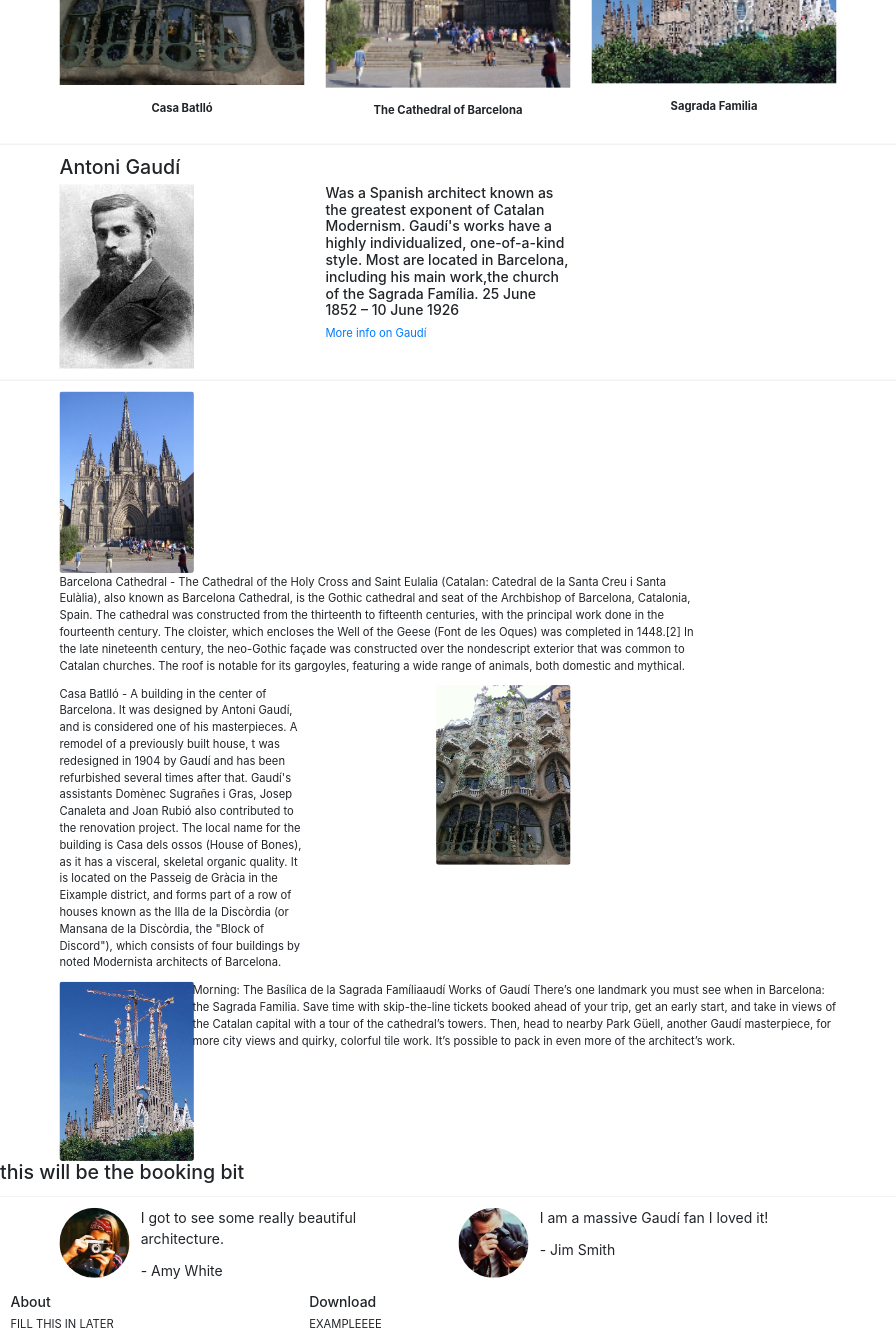
Repository: Taitdanielle/Milestone1
Page: index.html
The author's editor kept a record of every edit. The page is drawn from the files as they stood at one moment, then again after the next edit.
The browser window is 1280 px wide. The pictures show the part of the page from y = 758 to 2678 px (the page is 2678 px tall before and 2518 px after), at 70% of full size.

Above is the page before.

### index.html
<!DOCTYPE html>
<html lang="en">

<head>
    <title>Gaudí in a day!</title>
    <meta charset="UTF-8">
    <meta name="viewport" content="width=device-width, initial-scale=1.0">
    <meta http-equiv="X-UA-Compatible" content="ie=edge">
    <link href="https://fonts.googleapis.com/css?family=Lato&display=swap" rel="stylesheet">
    <link rel="stylesheet" href="https://stackpath.bootstrapcdn.com/bootstrap/4.3.1/css/bootstrap.min.css" integrity="sha384-ggOyR0iXCbMQv3Xipma34MD+dH/1fQ784/j6cY/iJTQUOhcWr7x9JvoRxT2MZw1T" crossorigin="anonymous">
    <link rel="stylesheet" href="css/style.css" type="text/css" />
</head>

<body>

    <!-- nav -->

    <nav class="navbar navbar-expand-lg navbar-light bg-light">
        <a class="navbar-brand">Gaudí in a Day</a>
        <button class="navbar-toggler" type="button" data-toggle="collapse" data-target="#navbarNavDropdown" aria-controls="navbarNavDropdown" aria-expanded="false" aria-label="Toggle navigation">
    <span class="navbar-toggler-icon"></span>
  </button>
        <div class="collapse navbar-collapse" id="navbarNavDropdown">
            <ul class="navbar-nav">
                <li class="nav-item active">
                    <a class="nav-link" href="#">Home <span class="sr-only">(current)</span></a>
                </li>
                <li class="nav-item">
                    <a class="nav-link" href="#about">About</a>
                </li>
                <li class="nav-item">
                    <a class="nav-link" href="#review">Reviews</a>
                </li>
                </li>
            </ul>
        </div>
    </nav>
    <!-- nav -->

    <div class="container">
        <h1>Gaudí in a Day</h1>
        <h3>There are landmark's you must see when in Barcelona and for Gaudí fans this is the right place to be!</h3>
    </div>

    <hr class="block-divider block-divider--short">

    <div class="container text-center">
        <h2> How to do Gaudí in a day?</h2>
        <p> For Gaudí fans this is the right place to be Save time with skip-the-line tickets booked ahead of your trip, get an early start, and take in views Catalan capital with a tour of the cathedral’s towers. Then, head to nearby Park Güell, another
            Gaudí masterpiece, for more city views and quirky, colorful tile work. It’s possible to pack in even more of the architect’s work with a Gaudí-themed tour that includes entrance to both Sagrada Familia and Park Güell, plus a walk down Passeig
            de Gracia to see Casa Batlló and La Pedrera from the outside. Have a look of some of the famous buildings below! </p>
    </div>
    <hr class="block-divider block-divider--short">
    <!-- image cards -->

    <div class="container">
        <div class="row">
            <div class="col-md-4">
                <div class="card-class">
                    <a href="#card1">
                    <img src="images/gaudi2.jpg" class="card-img-top" alt="Casa Battlo Building"></a>
                    <div class="card-body">
                        <p class="card-text text-center"> <b>Casa Batlló</b></p>
                    </div>
                </div>
            </div>

            <div class="col-md-4">
                <div class="card-class">
                    <a href="#card2">
                    <img src="images/Sta-eulalia.jpg" class="card-img-top" alt="The Cathedral of Barcelona"></a>
                    <div class="card-body">
                        <p class="card-text text-center"> <b>The Cathedral of Barcelona</b></p>
                    </div>
                </div>
            </div>

            <div class="col-md-4">
                <div class="card-class">
                    <a href="#card3">
                    <img src="images/sagrada-familia.jpg" class="card-img-top" alt="sagrada familia"></a>
                    <div class="card-body">
                        <p class="card-text text-center"><b>Sagrada Familia</b>
                        </p>
                    </div>
                </div>
            </div>
        </div>
    </div>
    <!-- Gaudi info -->
    <hr class="block-divider block-divider--short">
    <div class="container">
        <div class="row">
            <div class="col-md-12 title-heading-conatainer">
                <h3>Antoni Gaudí </h3>
            </div>
            <div class="col-md-4" id="about">
                <img src="images/gaudi.jpg">
            </div>
            <div class="col-md-4" "text-center">
                <h5>Was a Spanish architect known as the greatest exponent of Catalan Modernism. Gaudí's works have a highly individualized, one-of-a-kind style. Most are located in Barcelona, including his main work,the church of the Sagrada Família. 25
                    June 1852 – 10 June 1926 </h5>
                <a href="https://en.wikipedia.org/wiki/Antoni_Gaud%C3%AD" target="_blank">More info on Gaudí</a>
            </div>
        </div>
    </div>
    <hr class="block-divider block-divider--short">
    <!-- Gaudi info End -->

    <!-- image info -->

    <div class="container">
        <div class="row">
            <div class="col-md-4">
                <img src="images/Sta-eulalia.jpg" class="rounded float-left" alt="barrigotic building"></a>
            </div>
            <div class="col-md-10" id="card2">
                <p class="par-padding-left">Barcelona Cathedral - The Cathedral of the Holy Cross and Saint Eulalia (Catalan: Catedral de la Santa Creu i Santa Eulàlia), also known as Barcelona Cathedral, is the Gothic cathedral and seat of the Archbishop of Barcelona, Catalonia,
                    Spain. The cathedral was constructed from the thirteenth to fifteenth centuries, with the principal work done in the fourteenth century. The cloister, which encloses the Well of the Geese (Font de les Oques) was completed in 1448.[2]
                    In the late nineteenth century, the neo-Gothic façade was constructed over the nondescript exterior that was common to Catalan churches. The roof is notable for its gargoyles, featuring a wide range of animals, both domestic and mythical.
                </p>
            </div>
        </div>
    </div>

    <div class="container">
        <div class="row">
            <div class="col-md-4">
                <p class="par-padding-right" id="card1"> Casa Batlló - A building in the center of Barcelona. It was designed by Antoni Gaudí, and is considered one of his masterpieces. A remodel of a previously built house, t was redesigned in 1904 by Gaudí and has been refurbished several
                    times after that. Gaudí's assistants Domènec Sugrañes i Gras, Josep Canaleta and Joan Rubió also contributed to the renovation project. The local name for the building is Casa dels ossos (House of Bones), as it has a visceral, skeletal
                    organic quality. It is located on the Passeig de Gràcia in the Eixample district, and forms part of a row of houses known as the Illa de la Discòrdia (or Mansana de la Discòrdia, the "Block of Discord"), which consists of four buildings
                    by noted Modernista architects of Barcelona.</p>
            </div>
            <div class="col-md-4">
                <img src="images/gaudi2.jpg" class="rounded float-right" alt="Building">
            </div>
        </div>
    </div>

    <div class="container">
        <div class="row">
            <div class="col-md-2" id="card3">
                <img src="images/sagrada-familia.jpg" class="rounded float-left" alt=building>
            </div>
            <div class="col-md-10">
                <p class="par-padding-left">Morning: The Basílica de la Sagrada Famíliaaudí Works of Gaudí There’s one landmark you must see when in Barcelona: the Sagrada Familia. Save time with skip-the-line tickets booked ahead of your trip, get an early start, and take in views
                    of the Catalan capital with a tour of the cathedral’s towers. Then, head to nearby Park Güell, another Gaudí masterpiece, for more city views and quirky, colorful tile work. It’s possible to pack in even more of the architect’s work.</p>
            </div>
        </div>
    </div>


    <h3> this will be the booking bit</h3>
    <!-- Reviews -->

    </section>
    </div>
    </div>
    <!-- /.callout -->
    </div>
    <hr class="block-divider block-divider--short">
    <!-- Quotes -->
    <div class="container-wrapper">
        <div class="container quotes-container content-container">
            <section class="quotes">
                <div class="row">
                    <div class="col-12 page-header">
                    </div>
                </div>
                <div class="row">
                    <div class="col-12 col-md-6" id="review">
                        <div class="media">
                            <div class="d-none d-sm-block">
                                <img src="images/girl.jpg" class="rounded-circle mr-3" height=100 width=100>
                            </div>
                            <div class="media-body">
                                <blockquote class="blockquote">
                                    <p>I got to see some really beautiful architecture.</p>
                                    <p>- Amy White</p>
                                </blockquote>
                            </div>
                        </div>
                    </div>
                    <div class="col-12 col-md-6" id="review">
                        <div class="media">
                            <div class="d-none d-sm-block">
                                <img src="images/man.jpg" class="rounded-circle mr-3" height=100 width=100>
                            </div>
                            <div class="media-body">
                                <blockquote class="blockquote">
                                    <p>I am a massive Gaudí fan I loved it!</p>
                                    <p>- Jim Smith</p>
                                </blockquote>
                            </div>
                        </div>
                    </div>
                </div>
        </div>
    </div>
    </section>

    <!-- Reviews end -->

    <!-- footer -->

    <footer class="container-fluid">
        <div id="footer-details" class="row">
            <div class="col-sm-4">
                <h5 class="uppercase general-sub">About</h5>
                <p class="inline-block">
                    FILL THIS IN LATER
                </p>
            </div>
            <div class="col-sm-4">
                <h5 class="uppercase general-sub">Download</h5>
                <p class="inline-block">
                    EXAMPLEEEE
                    <a href="assets/cv/sample-cv.pdf" target="_blank" class="cv-pdf">
                        <i class="fa fa-download" aria-hidden="true"></i>
                        <span class="sr-only">Download link.</span>
                    </a>
                </p>
            </div>
            </a>
            </li>
            </ul>
        </div>
        </div>
    </footer>
</body>

</html>

### css/style.css
container {
    background-color: #FBEAFF;
}

After the next edit:
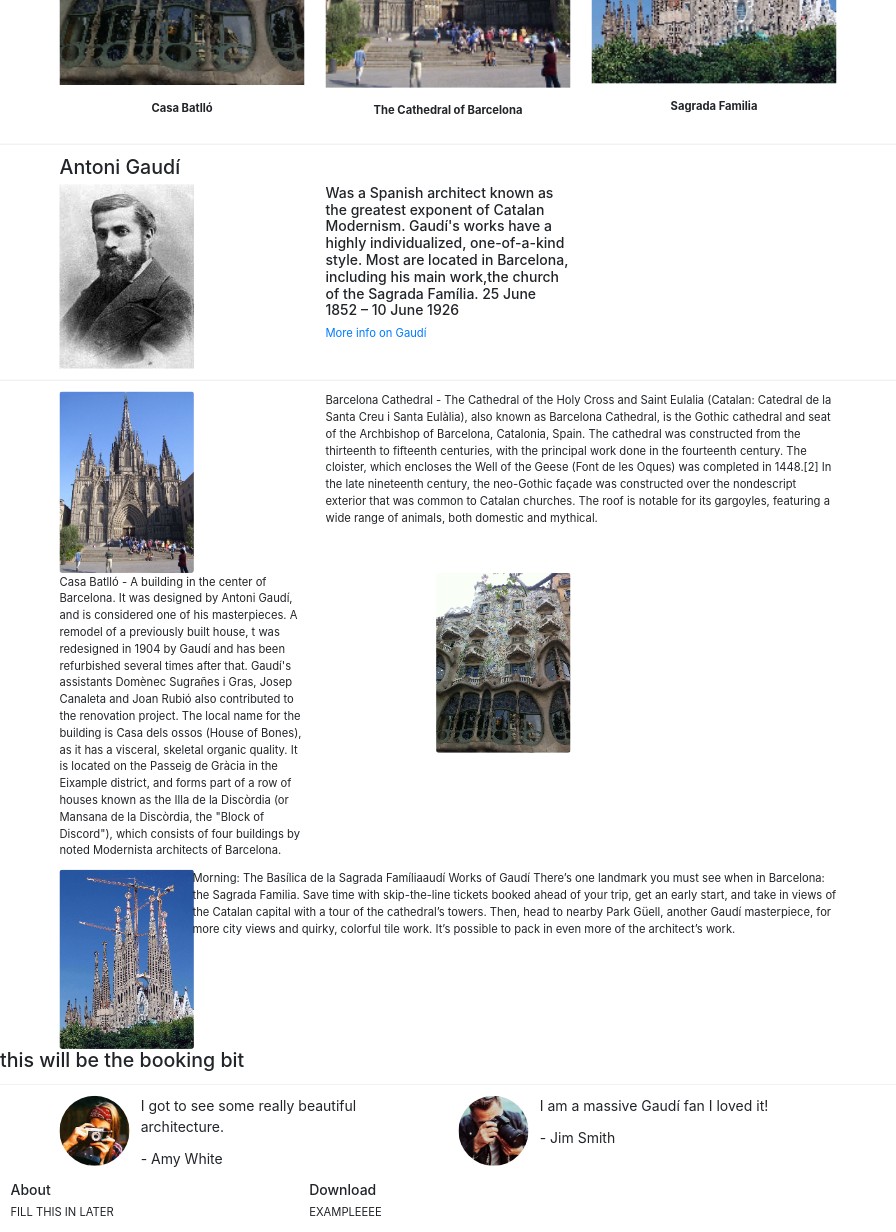
The edit:
--- a/index.html
+++ b/index.html
@@ -114,7 +114,7 @@
             <div class="col-md-4">
                 <img src="images/Sta-eulalia.jpg" class="rounded float-left" alt="barrigotic building"></a>
             </div>
-            <div class="col-md-10" id="card2">
+            <div class="col-md-8" id="card2">
                 <p class="par-padding-left">Barcelona Cathedral - The Cathedral of the Holy Cross and Saint Eulalia (Catalan: Catedral de la Santa Creu i Santa Eulàlia), also known as Barcelona Cathedral, is the Gothic cathedral and seat of the Archbishop of Barcelona, Catalonia,
                     Spain. The cathedral was constructed from the thirteenth to fifteenth centuries, with the principal work done in the fourteenth century. The cloister, which encloses the Well of the Geese (Font de les Oques) was completed in 1448.[2]
                     In the late nineteenth century, the neo-Gothic façade was constructed over the nondescript exterior that was common to Catalan churches. The roof is notable for its gargoyles, featuring a wide range of animals, both domestic and mythical.
